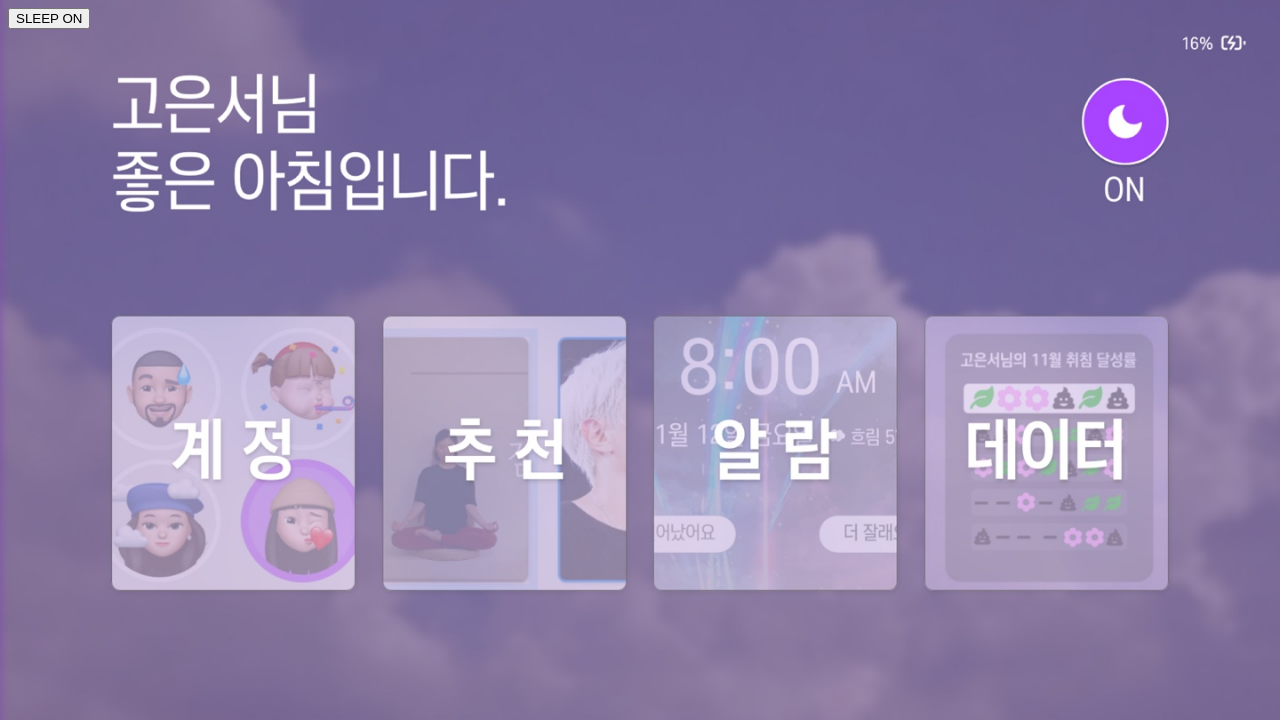
Repository: meanz1/SE_SleepWithMe
Page: SmartTVWorkspace/testapp/button.html
An editor plug-in stored every save of this project. The page is shown before and after the next save, followed by the edit.
The browser window is 1280 px wide. The page is 1288 px wide, so the pictures cover 1288 px, including what lies to the right of the window. The pictures show the whole page.

Above is the page before, as saved 2021-11-18 07:05:00.

### SmartTVWorkspace/testapp/button.html

<!DOCTYPE html>
<html>
<head>
<title>Example Web App</title>
<style type="text/css">
    body {
        background-image:url('main.jpg');
        background-repeat: no-repeat;
        background-size: cover;
        height: 100%;
        width: 100%;
    }
    .sleepON {
    	font-size: 50px;
    	text-align: center;
    }
</style>
<script type="text/javascript">




</script>
</head>
<body>
	<button type="button" id="sleepON" class="navyBtn" onClick="location.href='index.html'">SLEEP ON</button>
</body>
</html>

After the next save:
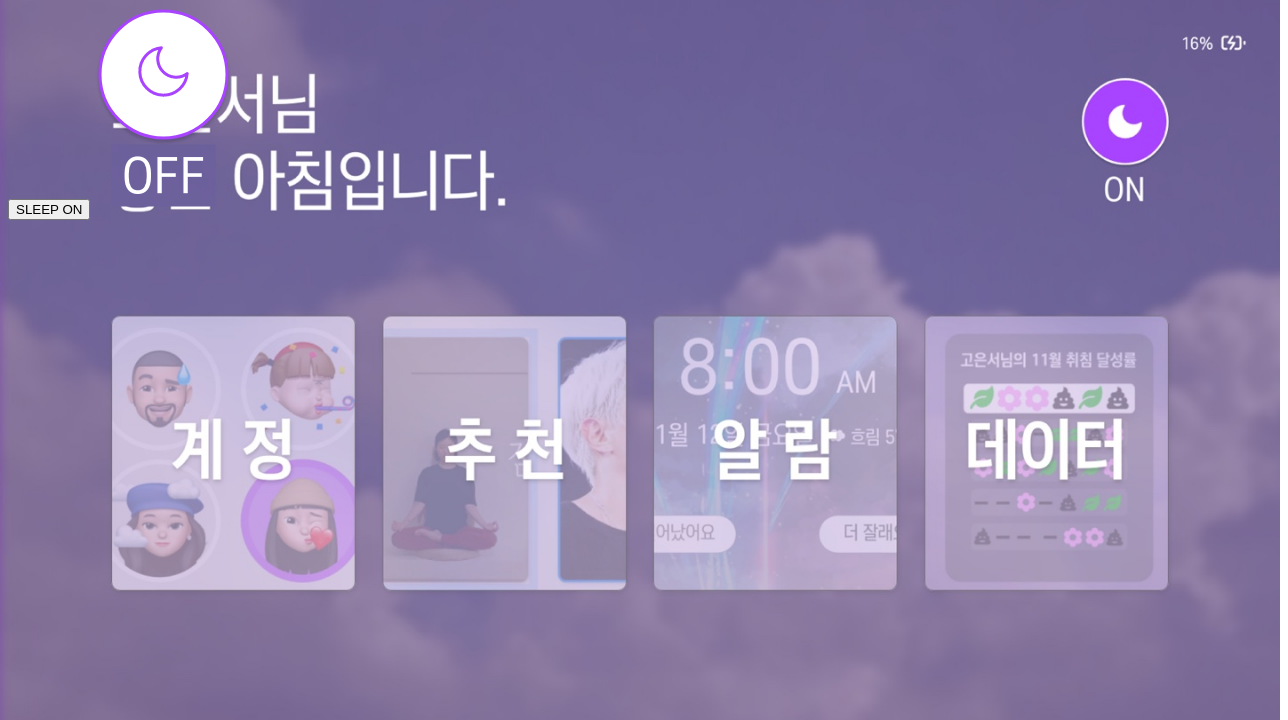
Saved 7 min 35 s later.
--- a/SmartTVWorkspace/testapp/button.html
+++ b/SmartTVWorkspace/testapp/button.html
@@ -25,5 +25,6 @@
 </head>
 <body>
 	<button type="button" id="sleepON" class="navyBtn" onClick="location.href='index.html'">SLEEP ON</button>
+	<img src="sleepoff.png"
 </body>
 </html>
